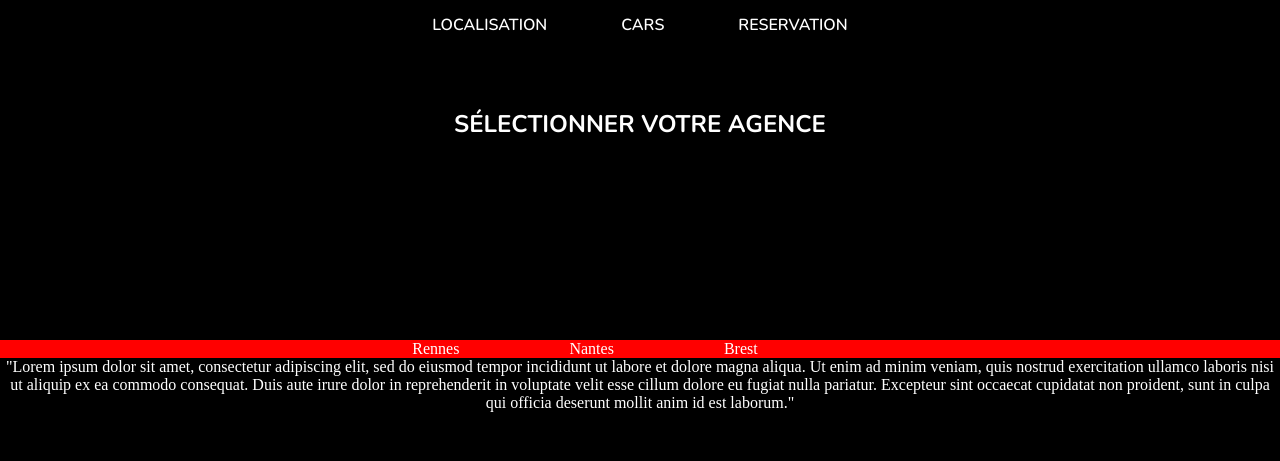
Repository: romgrm/jenaipasdevoiture
Page: src/main/java/fr/romgrm/index.html
An editor plug-in stored every save of this project. The page is shown before and after a run of saves, followed by the edit.
The browser window is 1280 px wide. The pictures show the whole page.
An inner scrolling area shows only its first screen.

Above is the page before, as saved 2020-10-15 21:11:50.

### src/main/java/fr/romgrm/index.html
<!DOCTYPE html>
<html lang="fr">
    <head>
        <title>JENAIPASDARGENT</title>
        <link rel="stylesheet" href="style.css" type="text/css"/>
        <link href="https://fonts.googleapis.com/css2?family=Nunito:ital,wght@0,600;0,700;0,800;1,200;1,300&display=swap" rel="stylesheet">
    </head>
    <body>

        <div class="container">

            <nav class="navbar">
                <ul>
                    <li><a href="#LOCALISATION">LOCALISATION</a></li>
                    <li><a href="#SELECTCAR">CARS</a></li>
                    <li><a href="#RECAPITULATE">RESERVATION</a></li>
                </ul>
            </nav>


            <Section id="LOCALISATION">
                 <h2>SÉLECTIONNER VOTRE AGENCE</h2>
                 <ul>
                     <li><a>Rennes</a></li>
                     <li><a>Nantes</a></li>
                     <li><a>Brest</a></li>
                 </ul>
                 <p>"Lorem ipsum dolor sit amet, consectetur adipiscing elit, sed do eiusmod tempor incididunt ut labore et dolore magna aliqua. Ut enim ad minim veniam, quis nostrud exercitation ullamco laboris nisi ut aliquip ex ea commodo consequat. Duis aute irure dolor in reprehenderit in voluptate velit esse cillum dolore eu fugiat nulla pariatur. Excepteur sint occaecat cupidatat non proident, sunt in culpa qui officia deserunt mollit anim id est laborum."</p>
            </Section>




            <Section id="SELECTCAR">
                <h2>CARS</h2>
                <p>"Lorem ipsum dolor sit amet, consectetur adipiscing elit, sed do eiusmod tempor incididunt ut labore et dolore magna aliqua. Ut enim ad minim veniam, quis nostrud exercitation ullamco laboris nisi ut aliquip ex ea commodo consequat. Duis aute irure dolor in reprehenderit in voluptate velit esse cillum dolore eu fugiat nulla pariatur. Excepteur sint occaecat cupidatat non proident, sunt in culpa qui officia deserunt mollit anim id est laborum."</p>
            </Section>




            <Section id="RECAPITULATE">
                <h2>SHOP</h2>
                <p>"Lorem ipsum dolor sit amet, consectetur adipiscing elit, sed do eiusmod tempor incididunt ut labore et dolore magna aliqua. Ut enim ad minim veniam, quis nostrud exercitation ullamco laboris nisi ut aliquip ex ea commodo consequat. Duis aute irure dolor in reprehenderit in voluptate velit esse cillum dolore eu fugiat nulla pariatur. Excepteur sint occaecat cupidatat non proident, sunt in culpa qui officia deserunt mollit anim id est laborum."</p>
            </Section>



        </div>
    </body>
</html>

### src/main/java/fr/romgrm/style.css
*{
    margin: 0;
    padding: 0;
}


body{
  color: white;
  /* desactiver le scroll dans le body (pas oublier
  de lui donner une taille sinon ça marche pas*/
  height: 100vh;
  overflow: hidden;

}

.container{
    height: 100%;
    width: 100%;
    /*SCROLL SMOOTH*/
    overflow-y: scroll;
    scroll-behavior: smooth;
    scroll-snap-type: y mandatory;
}

.navbar{
   /* background-color: rgba(0, 0, 0, 0.5); */
    position: fixed;
    top: 0;
    z-index: 1;
    display: flex;
    width: 100%;
    height: 50px;
    font-family: 'Nunito', sans-serif;
    font-weight: 900 bold ;
}

.navbar ul{
    display: flex;
    list-style-type: none;
    width: 100%;
    justify-content: center;
    align-items: center;
    gap: 10px;
}

.navbar ul li{
    margin: 0 1rem;
    padding: 1rem;

}

.navbar ul li a{
    color: white;
    text-decoration: none;
    transition: all .5s;
    -moz-transition: all .5s;
    -webkit-transition: all .5s;
    -o-transition: all .5s;
    -ms-transition: all .5s;

}

.navbar ul li a:hover{
    transform : scale(5);
 -moz-transform : scale(1.25);
 -webkit-transform : scale(1.25);
 -o-transform : scale(1.25);
 -ms-transform : scale(1.25);
    /*color: rgb(105, 105, 105); */
}




Section{
    display: flex;
    flex-direction: column;
    width: 100%;
    height: 100vh; /* vh = Viewport Height : permet de dimensioner par rapport à la taille de l'écran*/
    text-align: center;
    justify-content: center;
    align-items: center;
    /*SCROLL SNAP ALIGN*/
    scroll-snap-align: center;

}


/*////////////////////////////////////////////////////////////////////////////////////////////////////////////*/



#LOCALISATION{
    background-color: black;
    margin: 0;
    padding: 0;
    /*background: url('https://source.unsplash.com/K2tdx2mFDHc/1600x900') no-repeat center center/cover;;*/
}

#LOCALISATION h2{
    position: relative;
    bottom: 200px;
    font-family: 'Nunito', sans-serif;
    font-weight: 800 bold ;

}

#LOCALISATION ul{
    display: flex;
    background-color: red;
    width: 100%;
    align-items: center;
    justify-content: center;
}

#LOCALISATION ul li{
    margin-right: 100px;
    padding-right: 10px;
    list-style-type: none;
}

#LOCALISATION p{

}


/*////////////////////////////////////////////////////////////////////////////////////////////////////////////*/



#SELECTCAR{
    background-color: red;
}

#SELECTCAR h2{

}

#SELECTCAR p{

}


/*////////////////////////////////////////////////////////////////////////////////////////////////////////////*/


#RECAPITULATE{
    background-color: blue;
}

#RECAPITULATE h2{

}

#RECAPITULATE p{

}

After the next 2 saves:
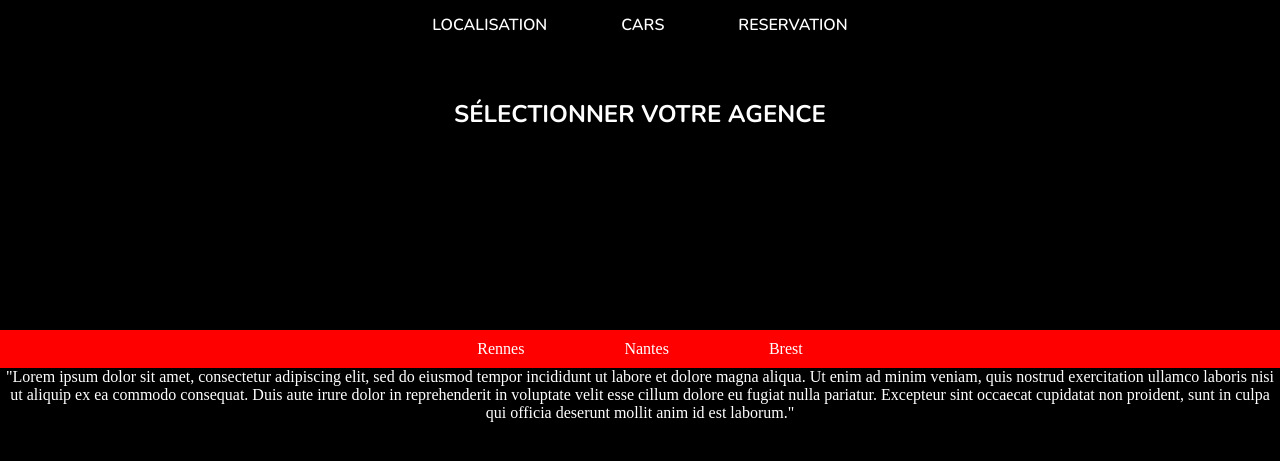
The 2 saves are shown as one change because they came seconds apart.
The last was saved 41 s later.
--- a/src/main/java/fr/romgrm/style.css
+++ b/src/main/java/fr/romgrm/style.css
@@ -114,8 +114,7 @@ Section{
 }
 
 #LOCALISATION ul li{
-    margin-right: 100px;
-    padding-right: 10px;
+    margin: 10px 50px 10px 50px;
     list-style-type: none;
 }
 
